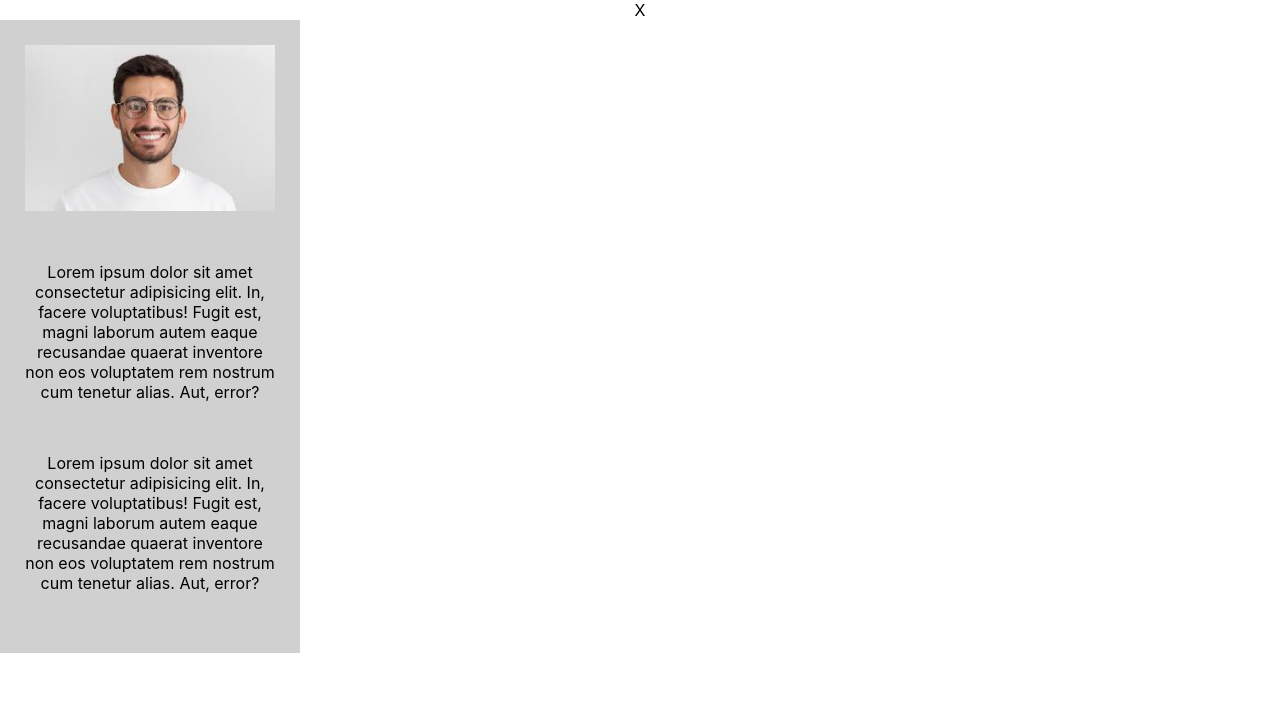
Repository: mikelnorth/team-profile-demo
Page: /
The author's editor kept a copy of each file at every save. The page is drawn from the files as they stood at one save, then again after the next save.
The browser window is 1280 px wide. The pictures show the whole page.
The project was rebuilt for these pictures with package versions that can differ from the ones it lists, and the page was loaded fresh each time.

Above is the page before, as saved 2022-05-19 18:34:29.

After the next save:
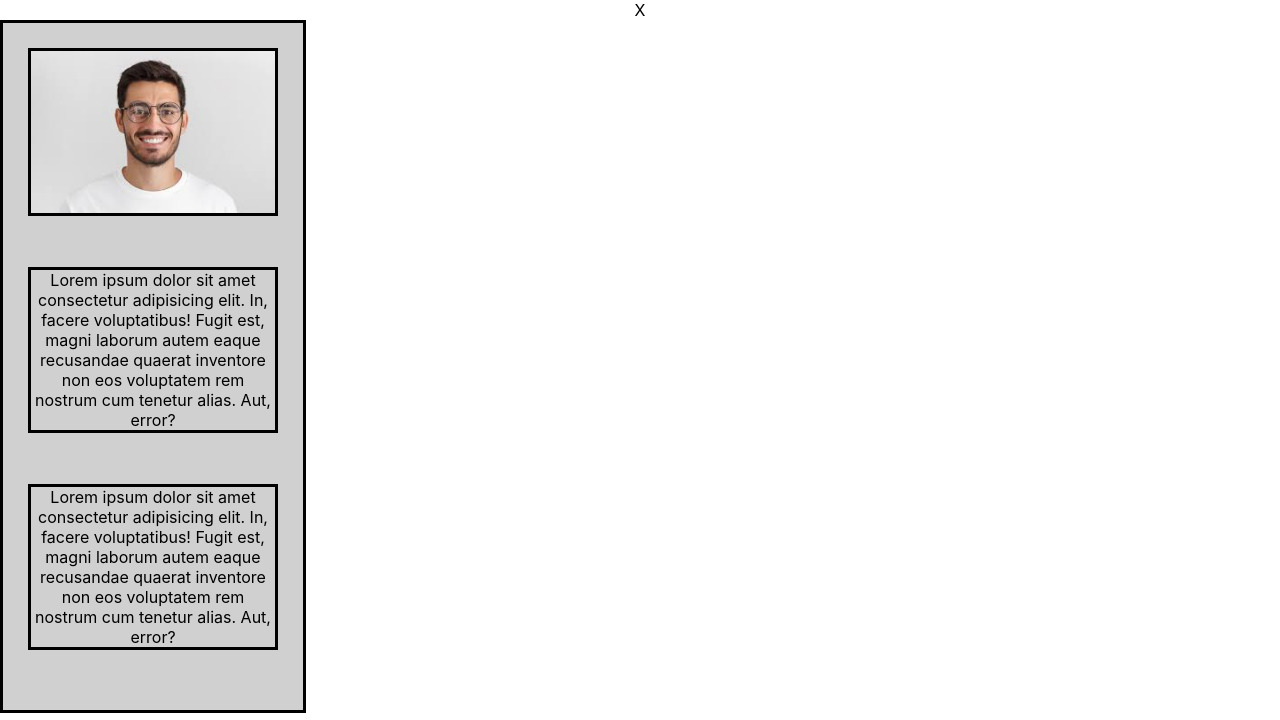
Saved 21 s later.
--- a/src/components/Card.scss
+++ b/src/components/Card.scss
@@ -4,8 +4,11 @@
   width: 250px;
   padding: 25px;
   background-color: #d0d0d0;
+  border: 3px solid black;
 
   p, img {
+  border: 3px solid black;
+
     margin-bottom: 35px;
   }
 }
